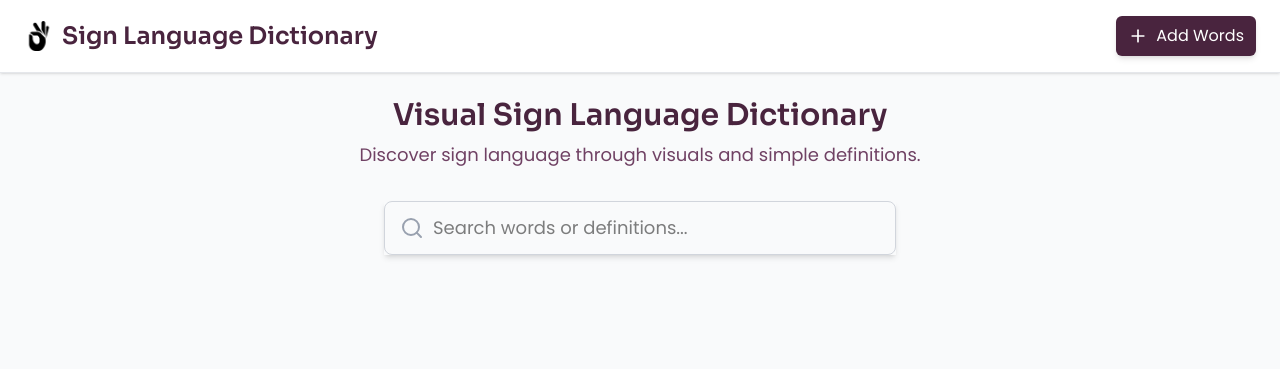
Repository: jabir12-12/sign-setu
Page: /
These files come from the project's save history. The page is drawn as it stood at one moment and after the next save; the edit follows.
The browser window is 1280 px wide. The pictures show the whole page.
The project was rebuilt for these pictures with package versions that can differ from the ones it lists, and the page was loaded fresh each time. The framework's server and built-in components were replaced by stand-ins that run in the browser. Also part of the build but not shown: next.config.ts.

Above is the page before, as saved 2025-05-27 16:44:00.

### app/page.tsx
'use client';
import React, { useState } from 'react';
import { Plus, Search } from 'lucide-react';
import Dialog from '@mui/material/Dialog';
import DialogActions from '@mui/material/DialogActions';
import DialogContent from '@mui/material/DialogContent';
import DialogTitle from '@mui/material/DialogTitle';
import Button from '@mui/material/Button';
import Image from 'next/image';
import { IconButton, Typography } from '@mui/material';

export default function StockDashboard() {
  const [isopen, setIsOpen] = useState(false);
  return (
    <div className="bg-gray-50 min-h-screen flex flex-col">
      {/* Header */}
      <header className="sticky top-0 z-10 flex flex-wrap justify-between items-center px-4 md:px-6 py-3 md:py-4 bg-white border-b border-gray-200 shadow-sm">
        {/* Left: Logo & Title */}
        <div className="flex items-center space-x-2 mb-2 md:mb-0 justify-center">
          <Image
            src="/images/ok.png"
            alt="Logo icon"
            width={30}
            height={30}
          />
          <h1 className="text-[#49243E] font-semibold text-lg md:text-2xl whitespace-nowrap">
            Sign Language Dictionary
          </h1>
        </div>

        {/* Right: Add Button */}
        <div className="flex items-center gap-2">
          <button className="bg-[#49243E] text-white px-3 py-2 rounded-full md:rounded-md flex items-center justify-center hover:bg-[#704264] transition-colors duration-200 shadow-md hover:shadow-md"
            onClick={() => setIsOpen(true)}>
            <Plus className="w-5 h-5" />
            <span className="hidden md:inline ml-2">Add Words</span>
          </button>
        </div>
      </header>

      {/* Centered Search Bar */}
      <div className="text-center mt-6 px-4">
        <h2 className="text-2xl md:text-3xl font-semibold text-[#49243E]">
          Visual Sign Language Dictionary
        </h2>
        <p className="text-md md:text-lg text-[#704264] mt-2">
          Discover sign language through visuals and simple definitions.
        </p>
      </div>

      <div className="flex justify-center mt-8 px-4">
        <div className="relative w-full max-w-lg shadow-md">
          <span className="absolute inset-y-0 left-0 pl-4 flex items-center text-gray-400">
            <Search className="w-6 h-6" /> {/* Bigger icon */}
          </span>
          <input
            type="text"
            placeholder="Search words or definitions..."
            className="w-full pl-12 pr-5 py-3 text-lg border border-gray-300 rounded-lg focus:outline-none focus:ring-2 focus:ring-[#BB8493] focus:border-[#BB8493] hover:border-gray-400 transition-all duration-200"
          />
        </div>
      </div>
      {/* Add Words */}
      <Dialog open={isopen} onClose={() => setIsOpen(false)} maxWidth="xs" fullWidth>
        <DialogTitle
          sx={{
            display: 'flex',
            justifyContent: 'space-between',
            alignItems: 'center',
            padding: '1rem 1.5rem',
            color: '#1D2939',
            fontWeight: 'bold',
            fontSize: '1.125rem'
          }}
        >
          <span className="text-black text-md">Add Word</span>
          <IconButton
            onClick={() => setIsOpen(false)}
            sx={{ width: 32, height: 32 }}
          >
            <Image src="/images/cancel-01.svg" alt="Cancel" width={20} height={20} />
          </IconButton>
        </DialogTitle>
        <DialogContent sx={{ padding: '0 1.5rem 1.5rem' }}>
          <div className="space-y-4">
            <div>
              <label className="block text-sm font-medium text-gray-700">Word</label>
              <input
                type="text"
                placeholder="Enter word"
                className="mt-1 block w-full border border-gray-300 rounded-md px-3 py-2 text-sm outline-none focus:ring-[#49243E] focus:border-[#49243E] hover:border-[#49243E] transition duration-200"
              />
            </div>

            <div>
              <label className="block text-sm font-medium text-gray-700">Definition</label>
              <textarea
                placeholder="Enter definition"
                rows={3}
                className="mt-1 block w-full border border-gray-300 rounded-md px-3 py-2 text-sm outline-none focus:ring-[#49243E] focus:border-[#49243E] hover:border-[#49243E] transition duration-200"
              />
            </div>

            <div>
              <label className="block text-sm font-medium text-gray-700">Link URL</label>
              <input
                type="url"
                placeholder="Enter external link (optional)"
                className="mt-1 block w-full border border-gray-300 rounded-md px-3 py-2 text-sm outline-none focus:ring-[#49243E] focus:border-[#49243E] hover:border-[#49243E] transition duration-200"
              />
            </div>

            <div>
              <label className="block text-sm font-medium text-gray-700">Image URL</label>
              <input
                type="url"
                placeholder="Enter image URL"
                className="mt-1 block w-full border border-gray-300 rounded-md px-3 py-2 text-sm outline-none focus:ring-[#49243E] focus:border-[#49243E] hover:border-[#49243E] transition duration-200"
              />
            </div>
          </div>
        </DialogContent>


        <DialogActions
          sx={{
            padding: '1rem 1.5rem',
            borderTop: '1px solid #D0D5DD',
            display: 'flex',
            justifyContent: 'flex-end',
            gap: 1.5
          }}
        >
          <Button
            onClick={() => setIsOpen(false)}
            variant="outlined"
            sx={{
              padding: '0.625rem 1.5rem',
              fontWeight: 600,
              borderRadius: '8px',
              fontSize: '0.875rem',
              borderColor: '#D0D5DD',
              color: '#344054',
              textTransform: 'none',
              '&:hover': {
                backgroundColor: '#F2F4F7',
                borderColor: '#D0D5DD'
              }
            }}
          >
            Cancel
          </Button>
          <Button
            onClick={() => {
              () => setIsOpen(false)
            }}
            variant="contained"
            sx={{
              padding: '0.625rem 1.5rem',
              fontWeight: 600,
              fontSize: '0.875rem',
              borderRadius: '8px',
              backgroundColor: '#49243E',
              textTransform: 'none',
              boxShadow: 'inset 0 1px 1px rgba(0,0,0,0.05)',
              '&:hover': {
                backgroundColor: '#704264'
              }
            }}
          >
            Add Words
          </Button>
        </DialogActions>
      </Dialog>

    </div>
  );
}

### app/globals.css
@import url('https://fonts.googleapis.com/css2?family=Poppins:wght@400;500;600&family=Inter:wght@400;500;600&family=Sora:wght@400;500;600;700;800&display=swap');
@import url('https://fonts.googleapis.com/css2?family=Inter:wght@400;700&display=swap');

@import "tailwindcss";

body {
  background-color: #f7f8fb;
  margin: 0;
  padding: 0;
  font-family: 'Poppins', sans-serif;
  justify-content: center;
  align-items: center;
  height: 100vh;
}

.video-js .vjs-playback-rate {
  font-size: 10px;
  transform: translateY(12px);
  /* Moves the button down by 10px */

}

.heading .head {
  font-family: 'Sora', sans-serif;
  font-size: 24px;
  /* Example size */
  font-weight: 700;
}

/* Example for other headings if needed */
h1,
h2,
h3,
h4,
h5,
h6 {
  font-family: 'Sora', sans-serif;
}

h3 {
  font-size: 18px;
  font-weight: 600;
}

/* Ensure that other text elements use Poppins */
p,
span,
div {
  font-family: 'Poppins', sans-serif;
}

.button {
  outline: none;
}

/* Custom scrollbar styles */

::-webkit-scrollbar {
  width: 7px;
  height: 7px;
}

::-webkit-scrollbar-thumb {
  background-color: rgba(234, 236, 240, 1);
  ;

  border-radius: 100px;
}

::-webkit-scrollbar-track {
  background: "white";

}

/* THIS IS FOR TEXT-EDITOR IN DISSCUSSION TAB --------------------------*/
.custom-quill .ql-container {
  border: none !important;
  /* Remove the border from the container */
}

.custom-quill .ql-editor {
  border: none !important;
  /* Ensure no border around the editor */
}

.custom-quill:focus {
  outline: none;
  /* Remove outline on focus */
}

.custom-quill .ql-editor {
  font-size: 16px;
  /* Set text size to 16px */
  font-family: 'Poppins', sans-serif;
  font-style: normal;
  /* Use the Poppins font */

}

.custom-quill .ql-editor:empty::before {

  /* Show placeholder */
  color: #667085;
  /* Placeholder color */
  font-family: 'Poppins', sans-serif;
  font-style: normal;
  /* Poppins font for placeholder */
  font-size: 16px;
  /* Placeholder size */
  position: absolute;
  /* Position it absolutely */
  left: 10px;
  /* Adjust according to your padding */
  top: 10px;
  /* Adjust according to your padding */
  pointer-events: none;
  /* Prevent interaction */
}

.custom-quill .ql-editor:focus::before {
  display: none;
  /* Hide placeholder on focus */
}

/* -------------------------------------------------- */
/* FOR TOOLTIP FOR TEST PAGE ONLY ->learn Tab */


.tooltipText {
  position: absolute;
  color: white;
  bottom: 125%;
  /* Position above the button */
  left: 50%;
  /* Center horizontally */
  transform: translateX(-50%);
  /* Adjust to center the tooltip */

  z-index: 3;
  background-color: #131313;
  box-shadow: 0 5px 10px rgba(0, 0, 0, 0.3);
  padding: 6px 14px;
  /* Padding inside the tooltip */
  width: 204px;
  /* Fixed width */
  height: auto;
  /* Hug content (height grows with content) */
  min-height: 78px;
  /* Minimum height */
  font-size: 15px;
  font-weight: 400;
  border-radius: 5px;
  white-space: normal;
  /* Allow text wrapping for longer content */
  opacity: 0;
  pointer-events: none;
  transition: all 0.4s ease;
}

.tooltip:hover .tooltipText {
  opacity: 1;
  pointer-events: auto;
  transform: translate(-50%, -10px);
  /* Move tooltip slightly up on hover */
}

.drawer-overlay {
  background-color: transparent !important;
  /* Makes the overlay transparent */
}

/* magic.module.css */
.customCheckbox input[type="checkbox"]:checked {
  background-color: #9012FF;
  border-color: #9012FF;
}

/* Add this to your global CSS file */
.ql-container .ql-editor img {
  cursor: pointer;
}

.image-resizer {
  border: 1px dashed #999;
  position: absolute;
}

.image-resizer .resize-handle {
  background-color: #fff;
  border: 1px solid #999;
  height: 8px;
  width: 8px;
  position: absolute;
}

.image-resizer .resize-handle.se {
  bottom: -5px;
  right: -5px;
  cursor: se-resize;
}

.image-resizer .resize-handle.sw {
  bottom: -5px;
  left: -5px;
  cursor: sw-resize;
}

.image-resizer .resize-handle.ne {
  top: -5px;
  right: -5px;
  cursor: ne-resize;
}

.image-resizer .resize-handle.nw {
  top: -5px;
  left: -5px;
  cursor: nw-resize;
}


@layer base {
  :root {
    --radius: 0.5rem;
    --chart-1: 12 76% 61%;
    --chart-2: 173 58% 39%;
    --chart-3: 197 37% 24%;
    --chart-4: 43 74% 66%;
    --chart-5: 27 87% 67%;
  }

  .dark {
    --chart-1: 220 70% 50%;
    --chart-2: 160 60% 45%;
    --chart-3: 30 80% 55%;
    --chart-4: 280 65% 60%;
    --chart-5: 340 75% 55%;
  }
}

Loaded but not shown: app/layout.tsx (common file)

After the next save:
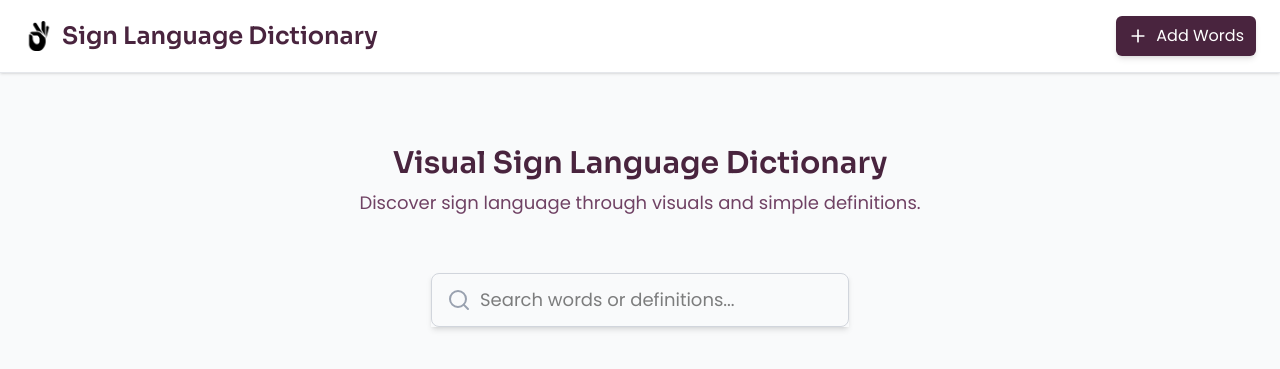
Saved 96 s later.
--- a/app/page.tsx
+++ b/app/page.tsx
@@ -39,26 +39,29 @@ export default function StockDashboard() {
       </header>
 
       {/* Centered Search Bar */}
-      <div className="text-center mt-6 px-4">
-        <h2 className="text-2xl md:text-3xl font-semibold text-[#49243E]">
-          Visual Sign Language Dictionary
-        </h2>
-        <p className="text-md md:text-lg text-[#704264] mt-2">
-          Discover sign language through visuals and simple definitions.
-        </p>
-      </div>
+      <div className='flex flex-col items-center justify-center gap-6 px-4 md:px-6 py-8 mt-4'>
+        <div className="text-center mt-6 px-4">
+          <h2 className="text-2xl md:text-3xl font-semibold text-[#49243E]">
+            Visual Sign Language Dictionary
+          </h2>
+          <p className="text-md md:text-lg text-[#704264] mt-2">
+            Discover sign language through visuals and simple definitions.
+          </p>
+        </div>
 
-      <div className="flex justify-center mt-8 px-4">
-        <div className="relative w-full max-w-lg shadow-md">
-          <span className="absolute inset-y-0 left-0 pl-4 flex items-center text-gray-400">
-            <Search className="w-6 h-6" /> {/* Bigger icon */}
-          </span>
-          <input
-            type="text"
-            placeholder="Search words or definitions..."
-            className="w-full pl-12 pr-5 py-3 text-lg border border-gray-300 rounded-lg focus:outline-none focus:ring-2 focus:ring-[#BB8493] focus:border-[#BB8493] hover:border-gray-400 transition-all duration-200"
-          />
+        <div className="flex justify-center mt-8 px-4">
+          <div className="relative w-full max-w-lg shadow-md">
+            <span className="absolute inset-y-0 left-0 pl-4 flex items-center text-gray-400">
+              <Search className="w-6 h-6" /> {/* Bigger icon */}
+            </span>
+            <input
+              type="text"
+              placeholder="Search words or definitions..."
+              className="w-full pl-12 pr-5 py-3 text-lg border border-gray-300 rounded-lg focus:outline-none focus:ring-2 focus:ring-[#BB8493] focus:border-[#BB8493] hover:border-gray-400 transition-all duration-200"
+            />
+          </div>
         </div>
+
       </div>
       {/* Add Words */}
       <Dialog open={isopen} onClose={() => setIsOpen(false)} maxWidth="xs" fullWidth>
